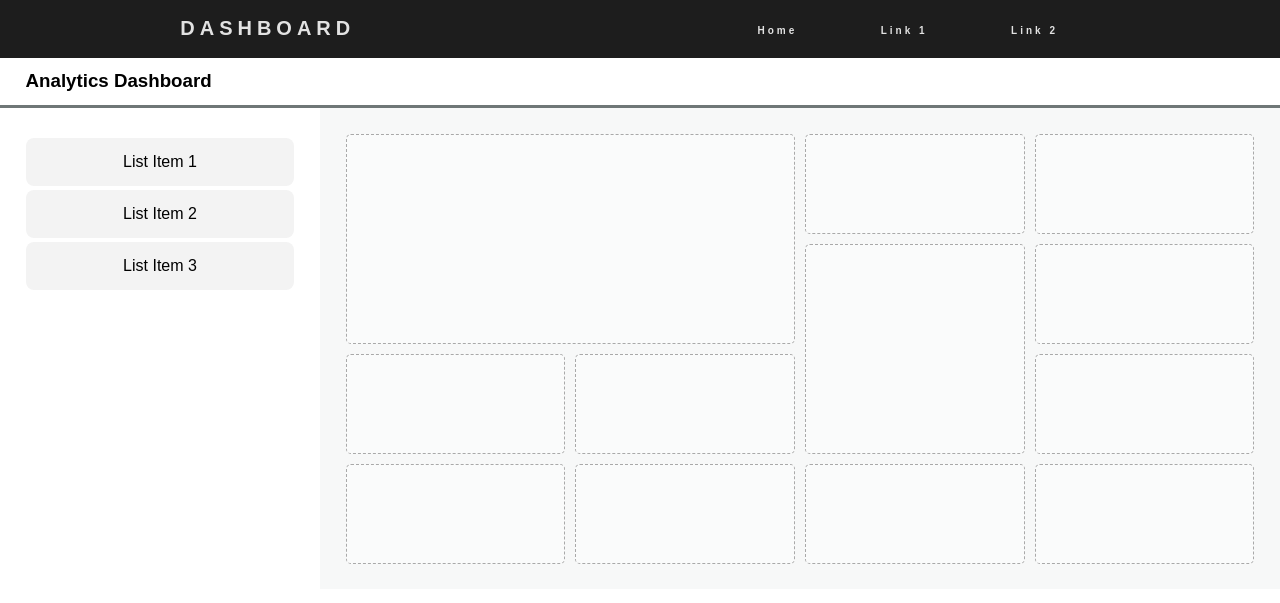
Repository: nourabdelhakam/drag-drop
Page: index.html
The author's editor kept a copy of each file at every save. The page is drawn from the files as they stood at one save, then again after the next save.
The browser window is 1280 px wide. The pictures show the whole page.

Above is the page before, as saved 2020-07-03 11:45:21.

After the next save:
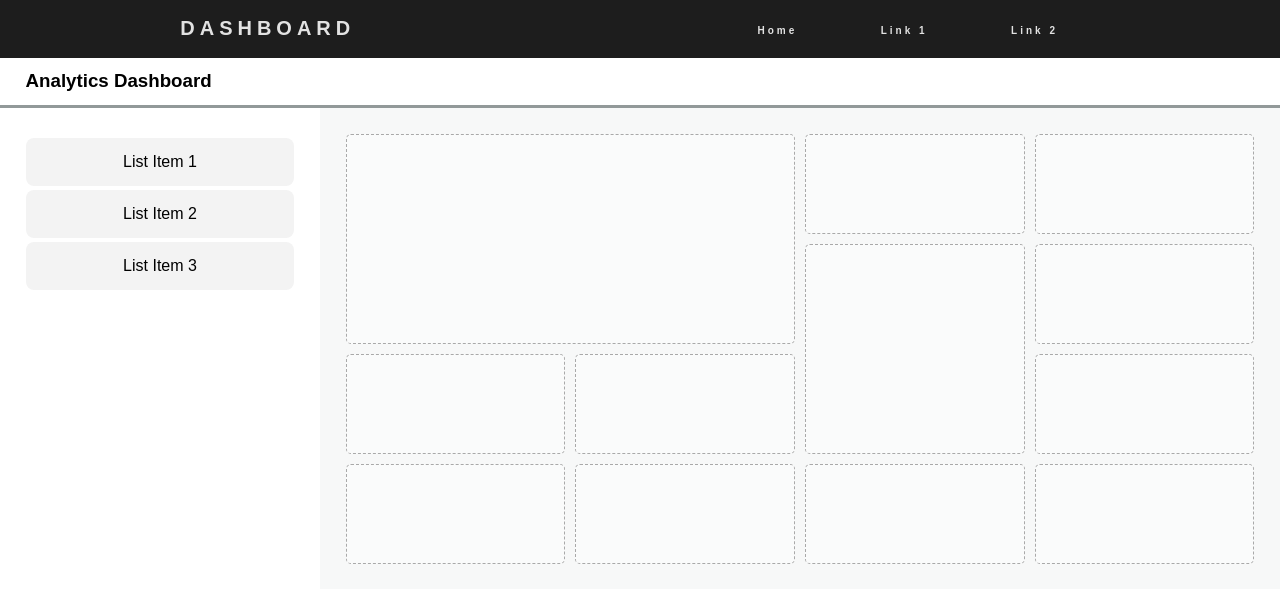
Saved 4 s later.
--- a/css/main.css
+++ b/css/main.css
@@ -10,7 +10,7 @@ h3 {
     padding: 1% 2%;
 }
 .container {
-    border-top: 3px solid rgb(111, 119, 119);
+    border-top: 3px solid rgb(146, 153, 153);
 }
 .left {
     width: 25%;
